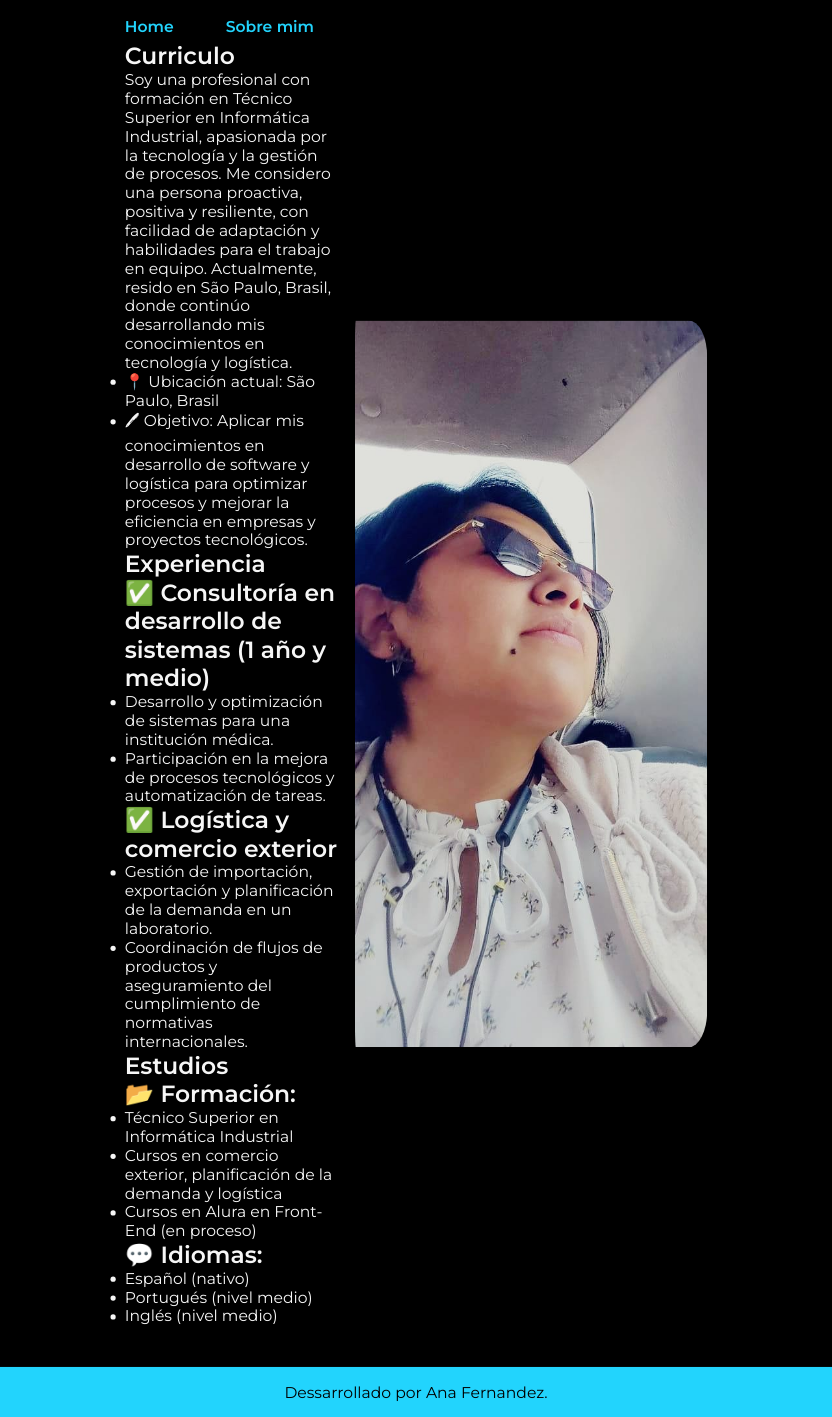
Repository: AnaFzCz/Portifolio-HTML-CSS-dinamico
Page: about.html
An editor plug-in stored every save of this project. The page is shown before and after the next save, followed by the edit.
The browser window is 1280 px wide. The pictures show the whole page, at 65% of full size.
Some web fonts or font styles are not loaded; a fallback is used.

Above is the page before, as saved 2025-02-10 10:36:59.

After the next save:
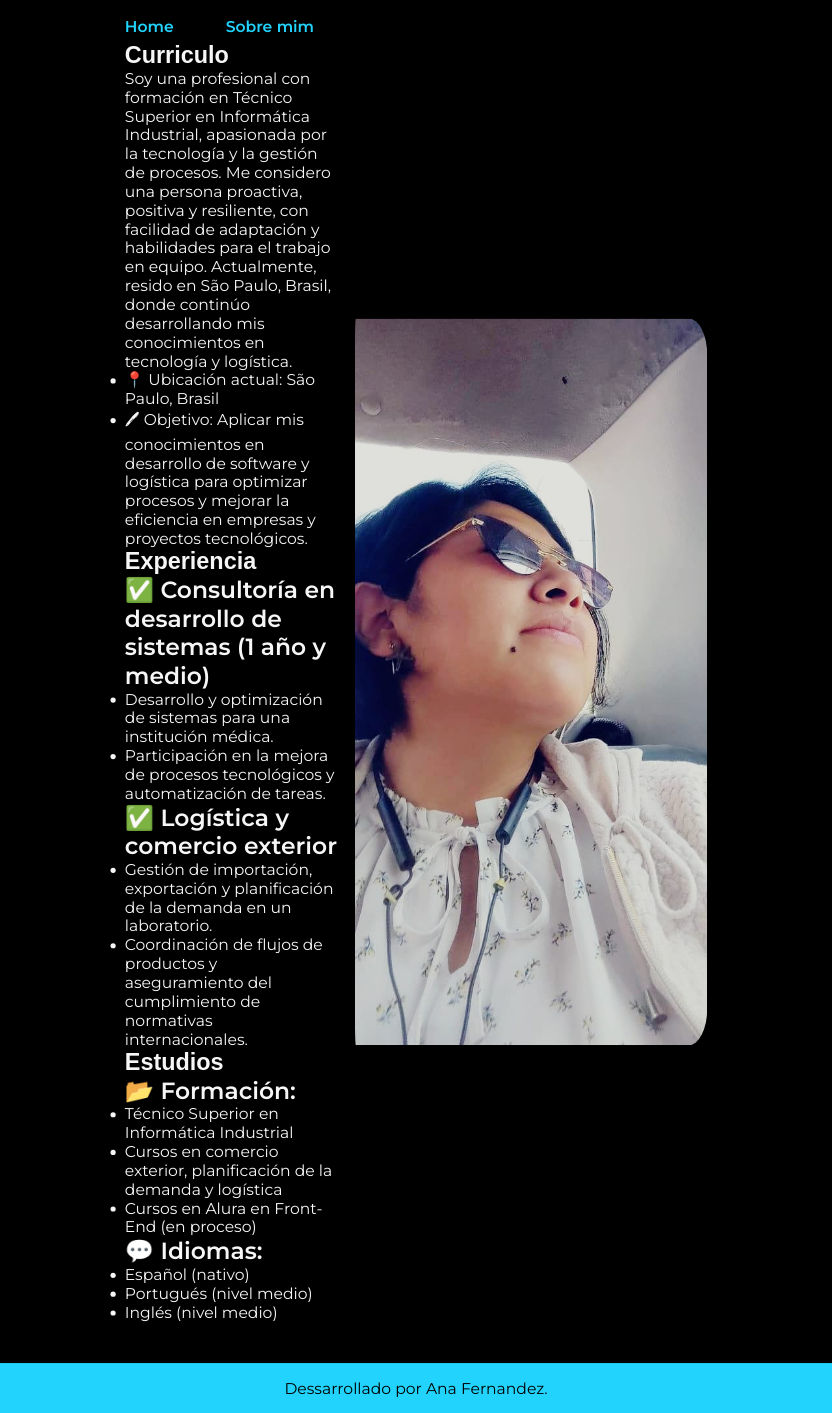
Saved 16 min 5 s later.
--- a/about.html
+++ b/about.html
@@ -20,7 +20,7 @@
 
         <section class="apresentacao__conteudo__texto">
 
-            <h1>Curriculo</h1>
+            <h1 class="apresentacao__conteudo__titulo">Curriculo</h1>
             <p>Soy una profesional con formación en Técnico Superior en Informática Industrial, apasionada por la
                 tecnología
                 y la gestión de procesos. Me considero una persona proactiva, positiva y resiliente, con facilidad de
@@ -35,7 +35,7 @@
                     mejorar la eficiencia en empresas y proyectos tecnológicos.</li>
             </ul>
 
-            <h1>Experiencia</h1>
+            <h1 class="apresentacao__conteudo__titulo">Experiencia</h1>
 
 
             <h2>&#x2705 Consultoría en desarrollo de sistemas (1 año y medio)</h2>
@@ -51,7 +51,7 @@
                 </li>
             </ul>
 
-            <h1>Estudios</h1>
+            <h1 class="apresentacao__conteudo__titulo">Estudios</h1>
 
             <h2> &#x1F4C2 Formación:</h2>
             <ul>
